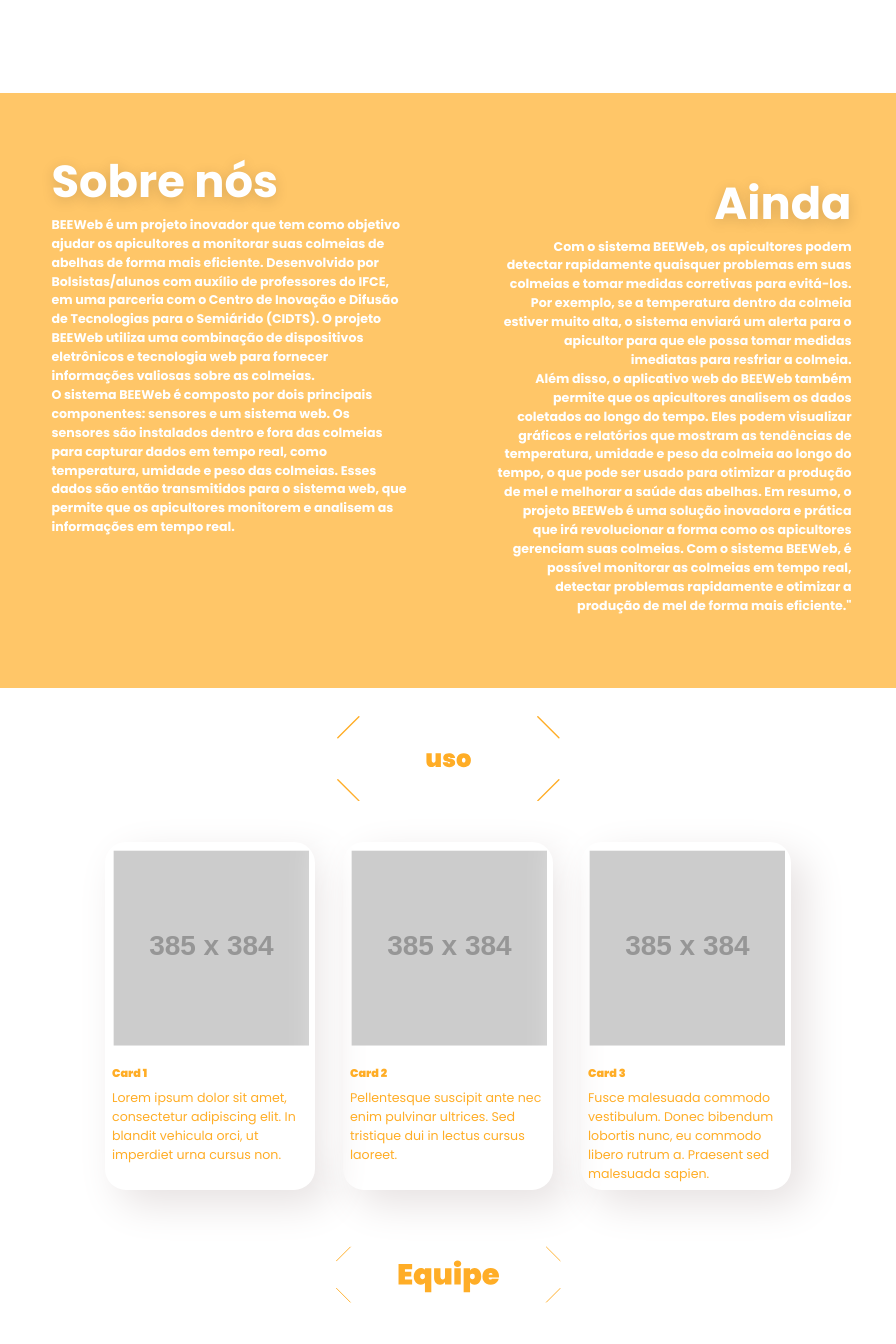
Repository: CCG-web/beeweb
Page: /
The author's editor kept a copy of each file at every save. The page is drawn from the files as they stood at one save, then again after the next save.
The browser window is 1280 px wide. The pictures show the part of the page from y = 827 to 2747 px (the page is 2747 px tall), at 70% of full size.
The project was rebuilt for these pictures with package versions that can differ from the ones it lists, and the page was loaded fresh each time.

Above is the page before, as saved 2023-05-05 13:43:39.

### public/index.html
<!DOCTYPE html>
<html lang="en">
  <head>
    <meta charset="utf-8" />
    <link rel="icon" href="%PUBLIC_URL%/favicon.ico" />
    <meta name="viewport" content="width=device-width, initial-scale=1" />
    <meta name="theme-color" content="#000000" />
    <meta
      name="description"
      content="Web site created using create-react-app"
    />
    <link rel="preconnect" href="https://fonts.googleapis.com">
<link rel="preconnect" href="https://fonts.gstatic.com" crossorigin>
<link href="https://fonts.googleapis.com/css2?family=Poppins:ital,wght@0,100;0,200;0,300;0,400;0,500;0,600;0,700;0,800;0,900;1,100;1,200;1,300;1,400;1,500;1,600;1,700;1,800;1,900&display=swap" rel="stylesheet">
    <link rel="apple-touch-icon" href="%PUBLIC_URL%/logo192.png" />
    <!--
      manifest.json provides metadata used when your web app is installed on a
      user's mobile device or desktop. See https://developers.google.com/web/fundamentals/web-app-manifest/
    -->
    <link rel="manifest" href="%PUBLIC_URL%/manifest.json" />
    <!--
      Notice the use of %PUBLIC_URL% in the tags above.
      It will be replaced with the URL of the `public` folder during the build.
      Only files inside the `public` folder can be referenced from the HTML.

      Unlike "/favicon.ico" or "favicon.ico", "%PUBLIC_URL%/favicon.ico" will
      work correctly both with client-side routing and a non-root public URL.
      Learn how to configure a non-root public URL by running `npm run build`.
    -->
    <title>BeeWeb</title>
  </head>
  <body>
    <noscript>You need to enable JavaScript to run this app.</noscript>
    <div id="root"></div>
    <!--
      This HTML file is a template.
      If you open it directly in the browser, you will see an empty page.

      You can add webfonts, meta tags, or analytics to this file.
      The build step will place the bundled scripts into the <body> tag.

      To begin the development, run `npm start` or `yarn start`.
      To create a production bundle, use `npm run build` or `yarn build`.
    -->
  </body>
</html>

### src/index.css
*{
   margin: 0;
   padding: 0;
   box-sizing: border-box;
}

### src/App.js
import Navbar from "./components/Navbar";
import Home from "./components/Home.jsx"
import Sobre from "./components/Sobre";
import Cards from "./components/Cards";
import './App.css'
import uso from "./assets/uso.svg"
import Equipe from "./assets/Equipe.svg"
function App() {
  return (
    <div>
      <Navbar/>
    <Home/>
    <Sobre/>
    <div className="uso">

       <img  className="imgUso" src={uso} alt="" />
                </div>



    <div className='cardContainer'>





    <Cards
        image="https://via.placeholder.com/385x384.png?text=Image+1"
        alt="Image 1"
        title="Card 1"
        description="Lorem ipsum dolor sit amet, consectetur adipiscing elit. In blandit vehicula orci, ut imperdiet urna cursus non."
        />
      <Cards
        image="https://via.placeholder.com/385x384.png?text=Image+2"
        alt="Image 2"
        title="Card 2"
        description="Pellentesque suscipit ante nec enim pulvinar ultrices. Sed tristique dui in lectus cursus laoreet. "
        />
      <Cards
        image="https://via.placeholder.com/385x384.png?text=Image+3"
        alt="Image 3"
        title="Card 3"
        description="Fusce malesuada commodo vestibulum. Donec bibendum lobortis nunc, eu commodo libero rutrum a. Praesent sed malesuada sapien."
        />
  </div>
  <div className="uso">

                <img  className="imgEquipe" src={Equipe} alt="" />
                         </div>
       </div>





  );
}

export default App;

### src/components/Navbar.jsx

import React, { useState, useEffect } from 'react'
import logoBee from "../assets/logoBEE.svg"
import { Divide as Hamburger } from 'hamburger-react'
import './Navbar.css'
const Navbar = () => {
  const [toggleMenu, setToggleMenu] = useState(false)
  const [screenWidth, setScreenWidth] = useState(window.innerWidth)

  const toggleNav = () => {

    setToggleMenu(!toggleMenu)
  }
  useEffect(() => {

    const changeWidth = () => {
      setScreenWidth(window.innerWidth);
    }

    window.addEventListener('resize', changeWidth)
    return () => {
      window.removeEventListener('resize', changeWidth)
    }
  }, [])

  return (



    <nav>

      {(toggleMenu || screenWidth > 1000) && (
        <ul className="list">


          <li className="items">Home</li>
          <li className="items">Sobre nós</li>
          <li className="items">Uso</li>
          <li className="items">Contato</li>

        </ul>
      )

      }


       <img className="logo" src={logoBee} alt="" / >

      <button onClick={toggleNav} className='btn'><Hamburger/></button>
    </nav>

  )
}

export default Navbar

### src/components/Home.jsx


import './Home.css'
const Home = () => {
    return (
        <section className='containerHome'>
            <div >

                <h1>BeeWeb</h1>

                <p>BEEWeb é um projeto inovador que tem como objetivo ajudar os apicultores <br/> a monitorar
                    suas colmeias de abelhas de forma mais eficiente.  </p>

                <button className='btnProjeto'>Projeto</button>
            </div>
        </section>
    )
}

export default Home

### src/components/Sobre.jsx
import React from 'react'

import './Sobre.css'

const Sobre = () => {
    return (
        <section className='ContainerSobre'  >
            <div className='itens'>

                <div className='texto first'>

                <h1>Sobre nós</h1>

                    <p>BEEWeb é um projeto inovador que tem como objetivo ajudar os apicultores a monitorar suas colmeias de abelhas de forma mais eficiente. Desenvolvido por Bolsistas/alunos com auxílio de professores do IFCE, em uma parceria com o Centro de Inovação e Difusão de Tecnologias para o Semiárido (CIDTS). O projeto BEEWeb utiliza uma combinação de dispositivos eletrônicos e tecnologia web para fornecer informações valiosas sobre as colmeias. <br />

                        O sistema BEEWeb é composto por dois principais componentes: sensores e um sistema web. Os sensores são instalados dentro e fora das colmeias para capturar dados em tempo real, como temperatura, umidade e peso das colmeias. Esses dados são então transmitidos para o sistema web, que permite que os apicultores monitorem e analisem as informações em tempo real.
                    </p>
                </div>

            </div>
            <div className='itens two' >
                <div className='texto secord' >
                <h1>Ainda</h1>

                    <p>Com o sistema BEEWeb, os apicultores podem detectar rapidamente quaisquer problemas em suas colmeias e tomar medidas corretivas para evitá-los. Por exemplo, se a temperatura dentro da colmeia estiver muito alta, o sistema enviará um alerta para o apicultor para que ele possa tomar medidas imediatas para resfriar a colmeia. <br />

                        Além disso, o aplicativo web do BEEWeb também permite que os apicultores analisem os dados coletados ao longo do tempo. Eles podem visualizar gráficos e relatórios que mostram as tendências de temperatura, umidade e peso da colmeia ao longo do tempo, o que pode ser usado para otimizar a produção de mel e melhorar a saúde das abelhas.

                        Em resumo, o projeto BEEWeb é uma solução inovadora e prática que irá revolucionar a forma como os apicultores gerenciam suas colmeias. Com o sistema BEEWeb, é possível monitorar as colmeias em tempo real, detectar problemas rapidamente e otimizar a produção de mel de forma mais eficiente."
                    </p>
                </div>
            </div>

        </section>




    )
}

export default Sobre

### src/components/Cards.jsx
import React from 'react'
import './Cards.css'
function Cards(props) {
    return (



   <div className="card">
        <img src={props.image} alt={props.alt} />
        <div className="card-content">
          <h3>{props.title}</h3>
          <p className='description'>{props.description}</p>
        </div>
      </div>





    );
  }

export default Cards

### src/App.css
.uso{
    display: flex;
    justify-content: center;
    width: 100%;
    height: 200px;
}

.imgUso{
    margin: 40px;
    width: 321px;
    height: 122px;
}

.imgEquipe{
    margin: 40px;
    width: 321px;
    height: 122px;
}

.cardContainer {

    display: flex;
    justify-content: center;

}

@media screen and (max-width: 736px) {
    .cardContainer {
        display: flex;

        flex-direction: column;
        align-items: center;

    }

    .card {

        width: 300px;



    }

}

@media screen and (max-width: 430px) {


.imgUso{
    margin: 40px;
    width: 120px;
    height: 61px;
}


    .card {
        width: 250px;
        height: 400px;


    }


}


@media screen and (max-width: 300px) {
    .card {
    margin-left: 5%;
    }
}

### src/components/Navbar.css
nav {
    font-family: 'Poppins', sans-serif;
    font-size: 20px;
    font-weight: 300;

    position: relative;
    top: 0;
    width: 100%;
    height: 200px;
    background-color: #ffad26;
    color: white;
}


.logo{
    position: absolute;
    left: 10px;
    top: -10px;
    width: 386px;
    height: 233px;

}
.list {
    list-style-type: none;
    background: #ffad26;
    height: 100%;
    display: flex;
    justify-content:flex-end;
    align-items: center;
    position: relative;
}

.items {
    margin-right: 75px;
    font-size: 20px;
    color: white;
    cursor: pointer;
    transition: color 0.3s ease, transform 0.3s ease;
  }

  .items:hover {
    color: black;
    transform: translateX(-5px) rotate(-5deg);
  }

.items {
    margin-right: 75px;
    font-size: 20px;

    color: white;
    cursor: pointer;
}

.btn {
    border: none;
    display: none;
    position: absolute;
    background-color:#ffad26;
    right: 10px;
    top: 20px;
    padding: 5px;
    color: white;
    font-size: 20px;
}

@media screen and (max-width: 1000px) {
    .list {
        flex-direction: column;
        height: auto;
    }
    .logo{
        position: absolute;
        left: 10px;
        top:0px;
        width: 155.6px;
        height: 93.2px;

    }
    nav{
        height: 100px;
    }
    .items:nth-child(1) {

        margin-top: 100px;
    }

    .items {
        border-top: 1px solid rgb(255, 249, 249);
        width: 100%;
        text-align: center;
        margin-right: 0px;
        padding: 20px 0;
    }

    .btn {
        display: block;
    }
}

### src/components/Home.css
section {
    width: 100%;
    height: 50vh;
    margin-top: 200px;
    display: flex;
    justify-content: center;
    text-align: center;
}

h1 {
    font-family: 'Poppins', sans-serif;
    font-size: 96px;
    font-style: mixed;
    color: #4F4F4F;
}

p {
    font-family: 'Poppins', sans-serif;
    font-style: normal;
    font-size: 18px;
    color: #4F4F4F;
}

.btnProjeto {
    cursor: pointer;
    margin: 10px;
    font-size: 24px;
    background-color: #FFAD26;
    width: 280px;
    height: 86px;
    color: #FFFF;
    border: none;
    border-radius: 71px;
    transition: transform 0.4s ease-in-out, background-color 0.4s ease-in-out;
  }

  .btnProjeto:hover {
    background-color: #E76F00;
    transform: scale(1.05);
  }

  .btnProjeto:active {
    background-color: #FFC940;
    transform: scale(0.95);
  }



@media screen and (max-width: 1000px) {

    section {
        margin-top: 300px;
    }

    h1 {
        font-size: 48px;
    }



    .btnProjeto {
        width: 140px;
        height: 43px;
        font-size: 12px;
    }
}


@media screen and (max-width: 400px) {
    h1 {
        font-size: 30px;
    }
    p {
        font-size: 10px;
    }

    .btnProjeto {
        width: 90px;
        height: 41.5px;
    }

}

### src/components/Sobre.css
.ContainerSobre {
    justify-content: center;
    width: 100%;
    height: 850px;
    background-color: #FFC668;
    padding-left: 10px;


}

.itens>p {
    display: flex;
    text-align: right;
}

.texto>h1 {
    text-shadow: 0px 4px 20px rgba(0, 0, 0, 0.15);
    margin-top: 15px;
    color: white;
    font-size: 64px;
}

.texto {
    font-style: normal;
    font-weight: 700;
    margin: 5%;
    padding: 5%;
}

.first {
    text-align: left;
}

.secord {
    margin-top: 10%;
    text-align: right;


}


.texto>p {

    font-size: 18px;
    font-weight: bold;
    color: white;



}

.itens {
    width: 50%;
}

.ContainerSobre {
    background-size: auto;

}


@media screen and (max-width: 1000px) {
    .itens {
        width: 100%;
    }

    .ContainerSobre {
        background: none;
        background-color: #FFC668;
        display: flex;
        flex-direction: column;
        height: 100%;

    }

    .texto>h1 {
        text-align: center;
        font-size: 32px;
        margin: 10px;
    }

    .texto {
        text-align: justify;
        margin-top: 10px;
        padding: 20px;

        height: 100%
    }

    .texto>p {
        font-size: 15px;
    }
}

### src/components/Cards.css
.card {

  width: 300px;

  margin: 20px;
  border-radius: 30px;
  box-shadow:  20px 20px 60px #e6e1e1,
  -20px -20px 60px #ffffff;
  display: inline-block;
  vertical-align: top;
  overflow: hidden;
  position: relative;
  transition: transform 0.3s ease-in-out;


}

.card img {
  margin: 4%;
  width: calc(100% - 20px);
  height: auto;
}

.card:hover {
  transform: scale(1.05);
  z-index: 1;
  box-shadow: 2px 2px 10px rgba(0, 0, 0, 0.5);
}

h3 {
  margin: 10px;
  font-family: 'Poppins', sans-serif;
  font-style: normal;
  font-weight: 900;
  font-size: 16px;

  color: #FFAD26;
}
.description{
  margin: 10px;
  color: #FFAD26;
}
.card:hover:after {
  content: "";
  display: block;
  position: absolute;
  top: 0;
  left: 0;
  width: 100%;
  height: 100%;
  z-index: -1;
}

Loaded but not shown: src/index.js (common file)

After the next save:
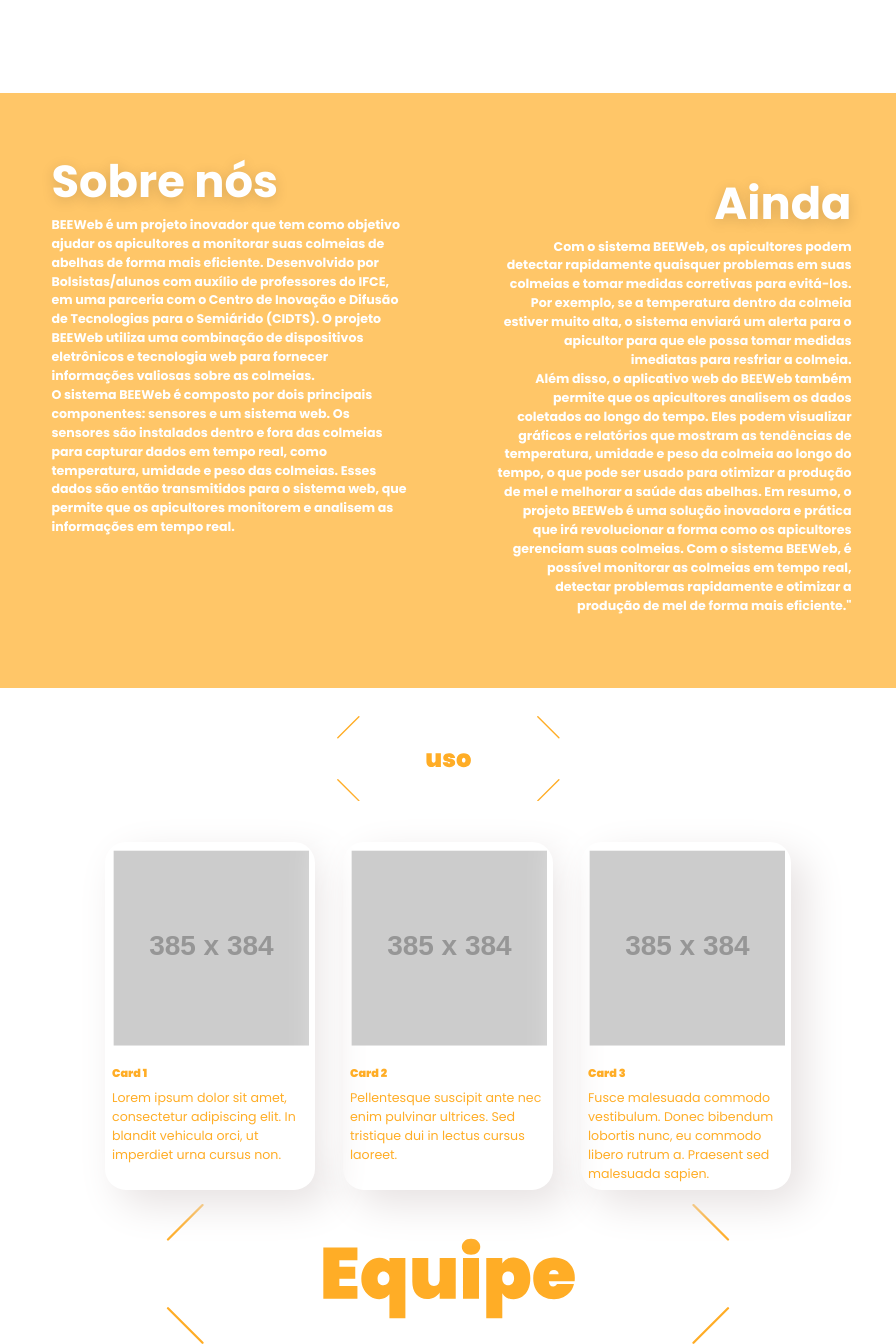
Saved 74 s later.
--- a/src/App.js
+++ b/src/App.js
@@ -45,7 +45,7 @@
   </div>
   <div className="uso">
 
-                <img  className="imgEquipe" src={Equipe} alt="" />
+                <img  className="uso" src={Equipe} alt="" />
                          </div>
        </div>
 

After the save that followed:
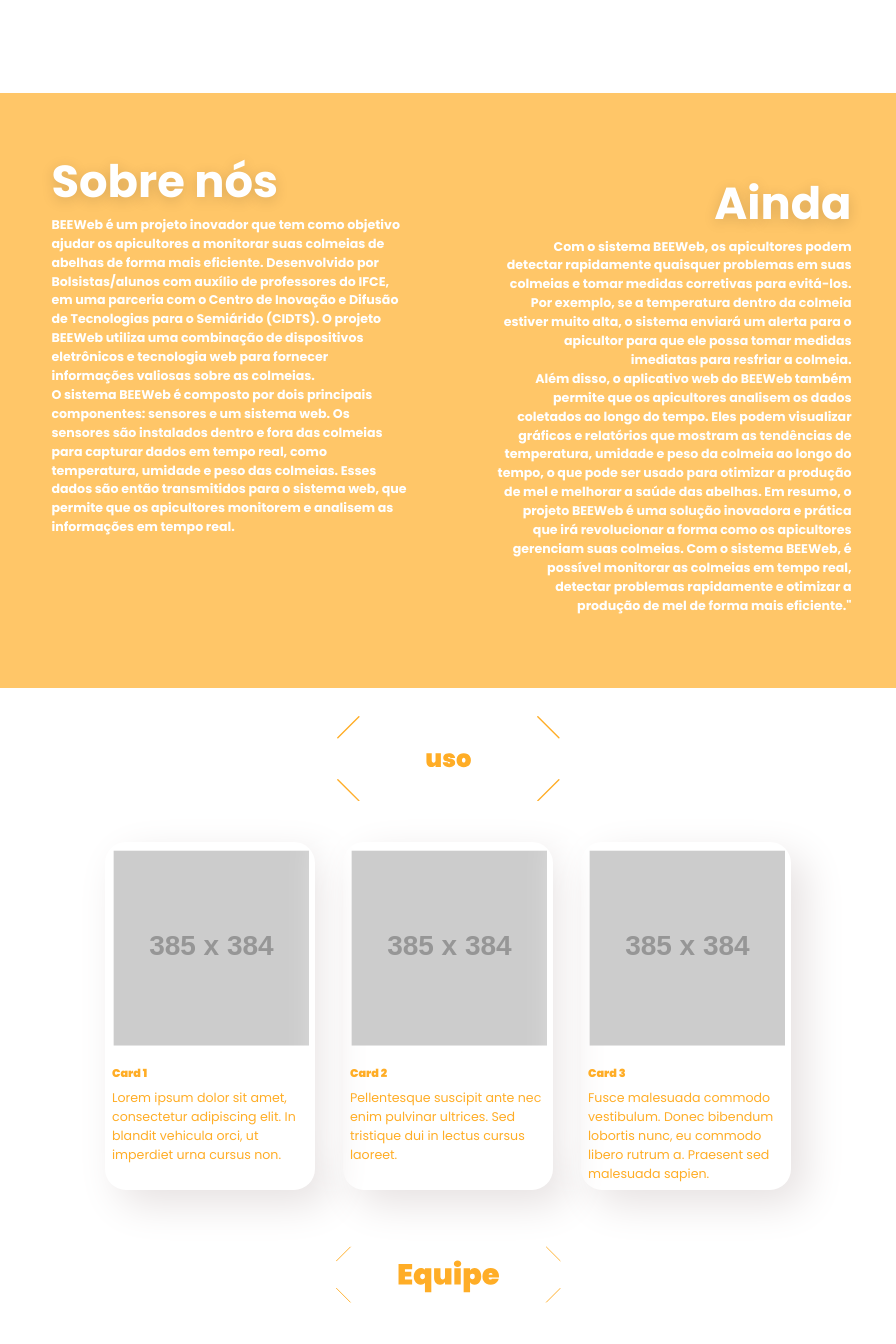
Saved 33 s later.
--- a/src/App.js
+++ b/src/App.js
@@ -45,7 +45,7 @@
   </div>
   <div className="uso">
 
-                <img  className="uso" src={Equipe} alt="" />
+                <img  className="imgUso" src={Equipe} alt="" />
                          </div>
        </div>
 
